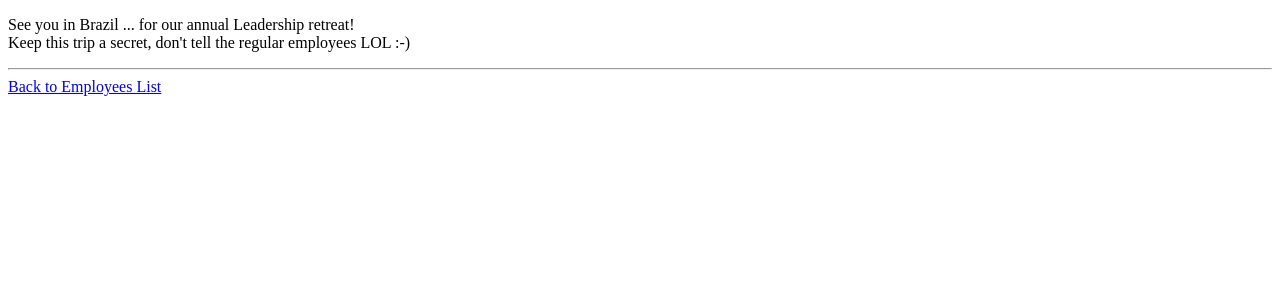
Repository: Vaishnavi-k-l/Springboot-Projects
Page: http://localhost/leaders
These files come from the project's save history. The page is drawn as it stood at one moment and after the next save; the edit follows.
The browser window is 1280 px wide. The pictures show the whole page.
The page is this project's Thymeleaf template; nobody is signed in. The template is opened directly, without the code that normally fills it, so the values that code supplies are empty.

Above is the page before, as saved 2019-11-16 05:41:31.

### spring-security-with-jdbc/src/main/resources/templates/leaders.html
<!DOCTYPE html>
<html xmlns: th=" 'http://ww.thymeleaf.org' ">
<head>
<meta charset="ISO-8859-1">
<title>Leaders</title>
</head>

<body>
	<p>
	See you in Brazil ... for our annual Leadership retreat!
	<br>
	Keep this trip a secret, don't tell the regular employees LOL :-)
</p>

<hr>

<a th:href="@{/}">Back to Employees List</a>
</body>
</html>

After the next save:
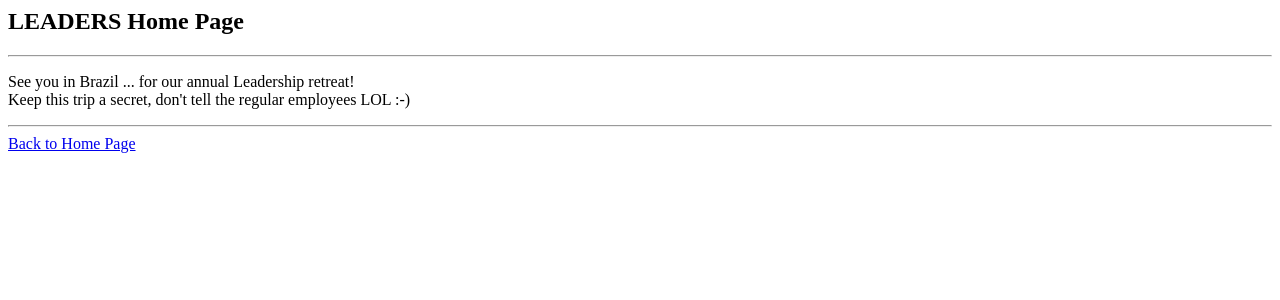
Saved 38 s later.
--- a/spring-security-with-jdbc/src/main/resources/templates/leaders.html
+++ b/spring-security-with-jdbc/src/main/resources/templates/leaders.html
@@ -1,12 +1,16 @@
-<!DOCTYPE html>
-<html xmlns: th=" 'http://ww.thymeleaf.org' ">
+<html lang="en" xmlns:th="http://www.thymeleaf.org">
+
 <head>
-<meta charset="ISO-8859-1">
-<title>Leaders</title>
+	<title>LEADERS Home Page</title>
 </head>
 
 <body>
-	<p>
+
+<h2>LEADERS Home Page</h2>
+
+<hr>
+
+<p>
 	See you in Brazil ... for our annual Leadership retreat!
 	<br>
 	Keep this trip a secret, don't tell the regular employees LOL :-)
@@ -14,6 +18,8 @@
 
 <hr>
 
-<a th:href="@{/}">Back to Employees List</a>
+<a th:href="@{/}">Back to Home Page</a>
+
 </body>
+
 </html>
